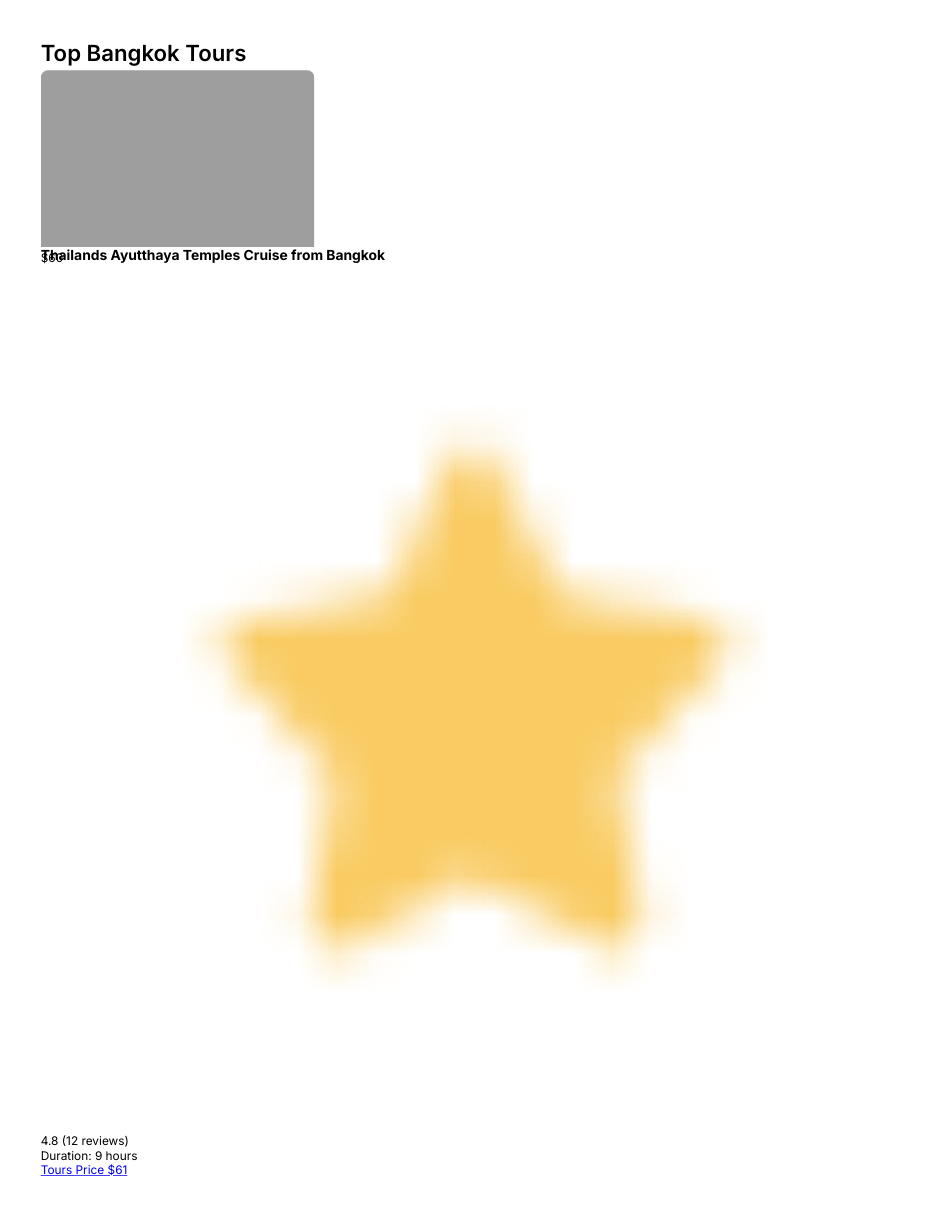
Repository: man0405/practice-web
Page: index.html
An editor plug-in stored every save of this project. The page is shown before and after the next save, followed by the edit.
The browser window is 1280 px wide. The pictures show the whole page, at 74% of full size.
Pictures or frames that could not be fetched are drawn as grey boxes. Some web fonts or font styles are not loaded; a fallback is used.

Above is the page before, as saved 2023-03-29 10:01:07.

After the next save:
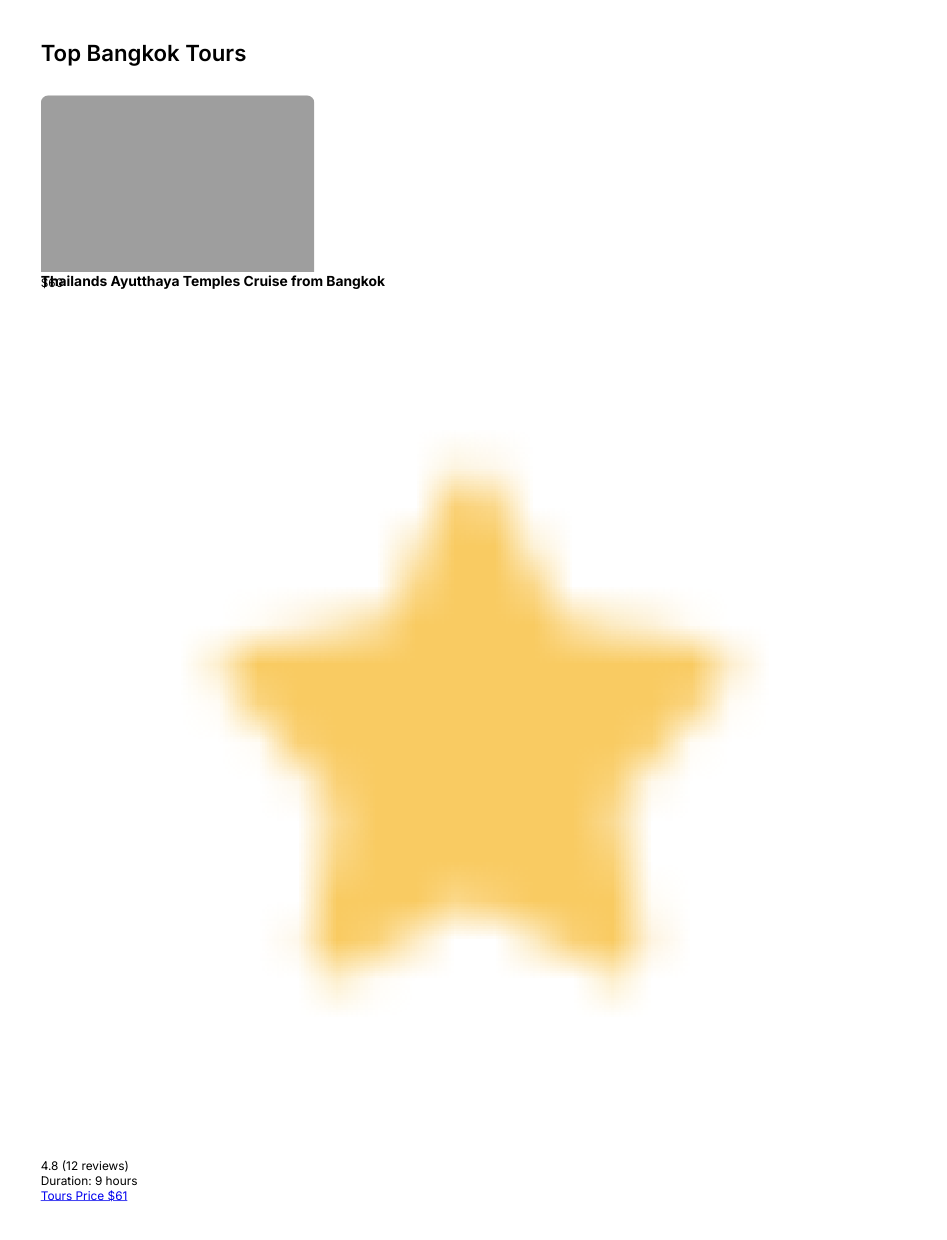
Saved 19 s later.
--- a/main.css
+++ b/main.css
@@ -25,6 +25,7 @@ img {
   font-size: 30px;
   font-weight: 600;
   line-height: 1.5;
+  margin-bottom: 34px;
 }
 
 .tour-item {
